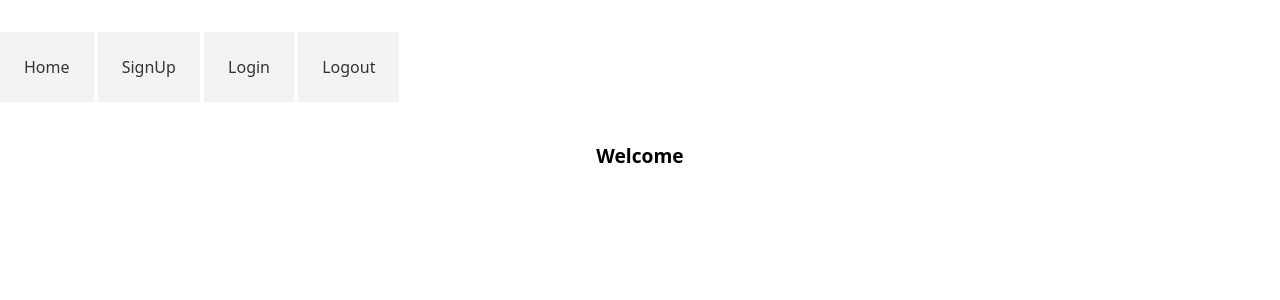
Repository: Ndifoinhilary/authentication
Page: http://localhost/
The author's editor kept a copy of each file at every save. The page is drawn from the files as they stood at one save, then again after the next save.
The browser window is 1280 px wide. The pictures show the whole page.
The page is served by the project's application, run on Django 3.2 (manage.py).

Above is the page before, as saved 2024-01-03 10:39:37.

After the next save:
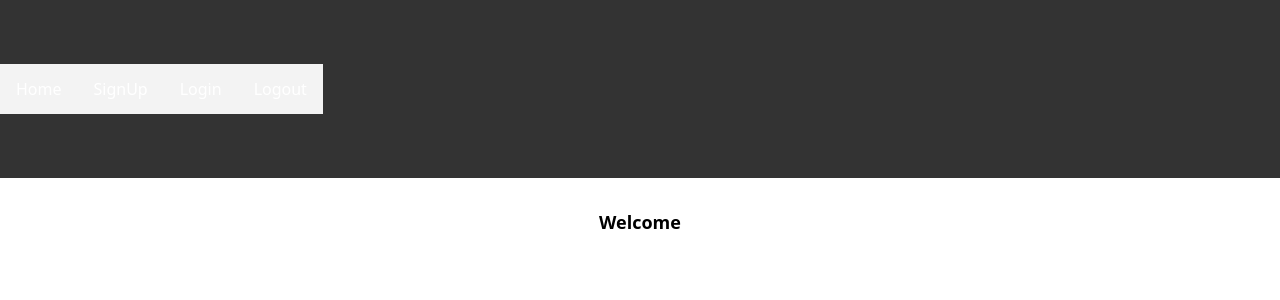
Saved 2 min 10 s later.
--- a/static/css/home.css
+++ b/static/css/home.css
@@ -28,28 +28,22 @@ h1{
 
 }
 
-a {
-    display: inline-block;
-    text-decoration: none;
-    text-transform: capitalize;
-    text-align: center;
-    padding: 1.5rem;
-    margin: 1.5rem auto;
-    margin-top: 2rem;
-    background: #f3f3f3;
-    color: #333; /* Dark grayish color for text */
-    transition: background-color 0.3s;
+
+.navbar {
+    background-color: #333; /* Navbar background color */
+    overflow: hidden;
 }
 
-a:hover {
-    background-color: #ddd; /* Hover color */
+.navbar a {
+    float: left;
+    display: block;
+    color: white;
+    text-align: center;
+    padding: 14px 16px;
+    text-decoration: none;
 }
 
-h1 {
-    font-size: larger; /* Adjusted from 'large' for better compatibility */
-    text-transform: capitalize;
-    text-align: center;
-    margin: 1rem auto; /* Adjusted margin for better spacing */
+.navbar a:hover {
+    background-color: #ddd; /* Hover color */
+    color: black;
 }
-
-/*  */
